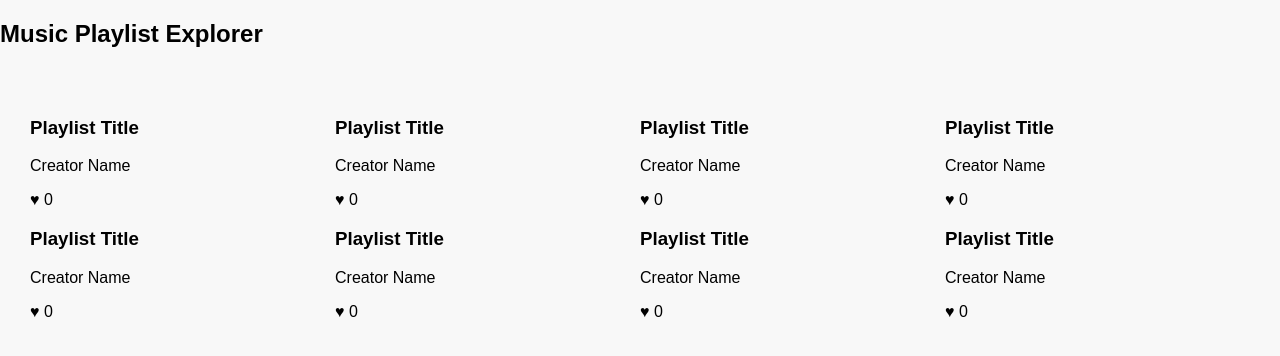
Repository: valentinaarojas/music-player-explorer
Page: index.html
These files come from the project's save history. The page is drawn as it stood at one moment and after the next save; the edit follows.
The browser window is 1280 px wide. The pictures show the whole page.

Above is the page before, as saved 2025-02-18 18:19:32.
Console error: SyntaxError: Unexpected token '{'

After the next save:
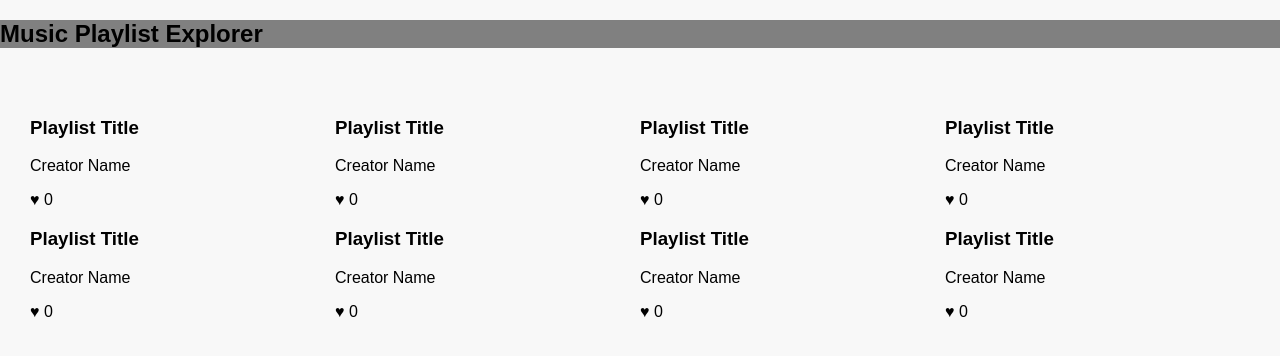
Saved 5 s later.
--- a/style.css
+++ b/style.css
@@ -6,7 +6,7 @@ body {
 }
 
 .banner {
-    background-color: ;
+    background-color: grey;
 }
 
 .playlist-cards {
